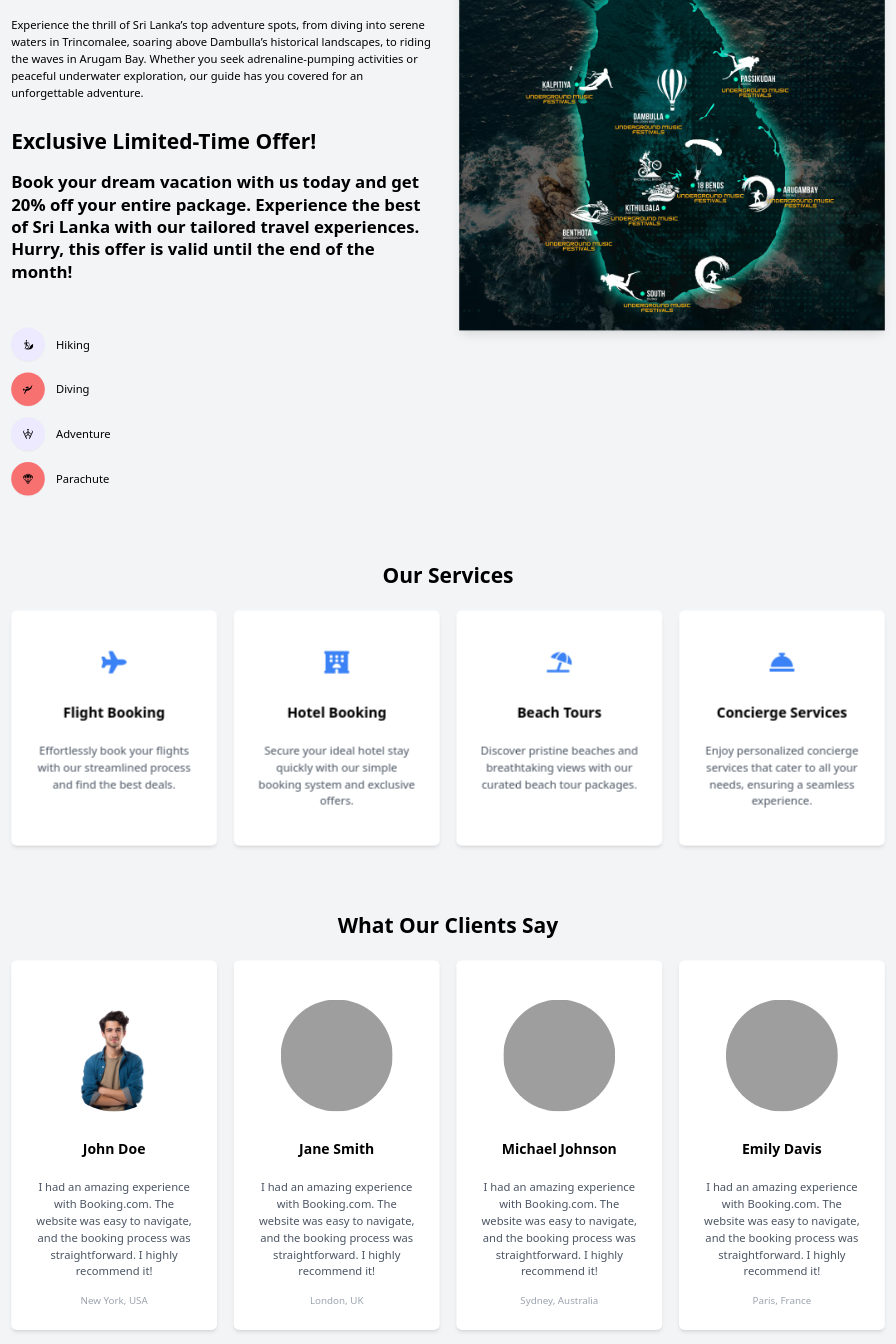
Repository: thisara199/Travel-Agency-Website
Page: /
These files come from the project's save history. The page is drawn as it stood at one moment and after the next save; the edit follows.
The browser window is 1280 px wide. The pictures show the part of the page from y = 1500 to 3420 px (the page is 3749 px tall before and 3809 px after), at 70% of full size.
Pictures or frames that could not be fetched are drawn as grey boxes. The project was rebuilt for these pictures with package versions that can differ from the ones it lists, and the page was loaded fresh each time. Also part of the build but not shown: vite.config.js, src/pages/About.jsx.

Above is the page before, as saved 2024-09-04 08:12:45.

After the next save:
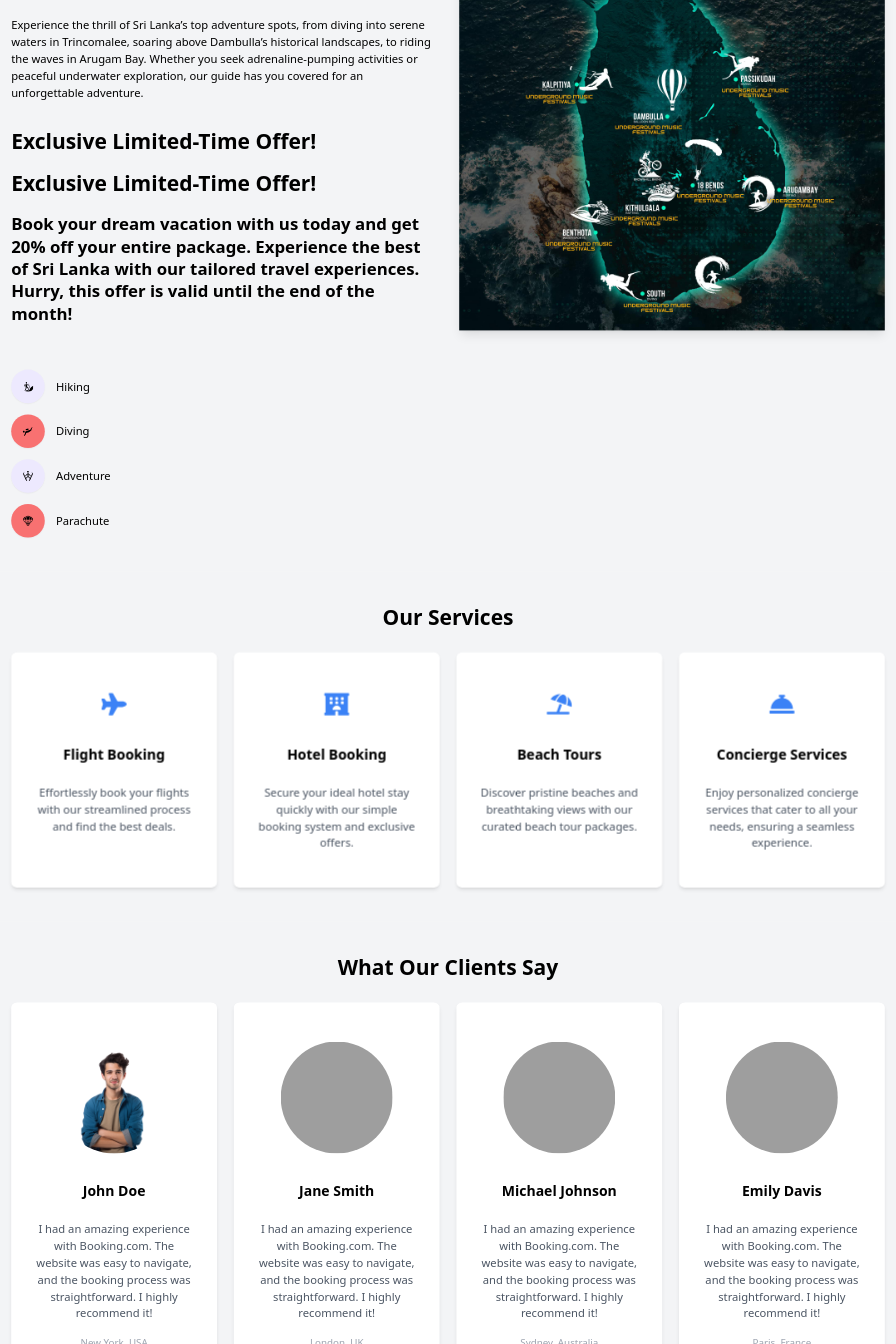
Saved 22 s later.
--- a/src/components/Banner/Banner.jsx
+++ b/src/components/Banner/Banner.jsx
@@ -14,7 +14,8 @@
            <h2 data-aos="fade-up" className='mt-0 text-xl font-semibold lg:mt-10'>Sri Lanka`s Ultimate Adventure Playground</h2>
            <p data-aos="fade-up" className='mt-0 lg:mt-10'>Experience the thrill of Sri Lanka’s top adventure spots, from diving into serene waters in Trincomalee, soaring above Dambulla’s historical landscapes, to riding the waves in Arugam Bay. Whether you seek adrenaline-pumping activities or peaceful underwater exploration, our guide has you covered for an unforgettable adventure.</p>
            <div className='flex flex-col justify-center gap-6 mt-0 sm:pt-0 lg:mt-10'>
-            <h1 className='text-3xl font-bold'>Exclusive Limited-Time Offer!</h1>
+            <h1 data-aos="fade-up" className='text-3xl font-bold'>Exclusive Limited-Time Offer!</h1>
+            <h1 data-aos="fade-up" className='text-3xl font-bold'>Exclusive Limited-Time Offer!</h1>
             <p data-aos="fade-up" className='mb-0 text-xl font-semibold sm:text-2xl lg:mb-10'>Book your dream vacation with us today and get 20% off your entire package. Experience the best of Sri Lanka with our tailored travel experiences. Hurry, this offer is valid until the end of the month!</p>
             <div className='flex flex-col gap-4'>
               <div data-aos="fade-up" className='flex items-center gap-4'>

After the save that followed:
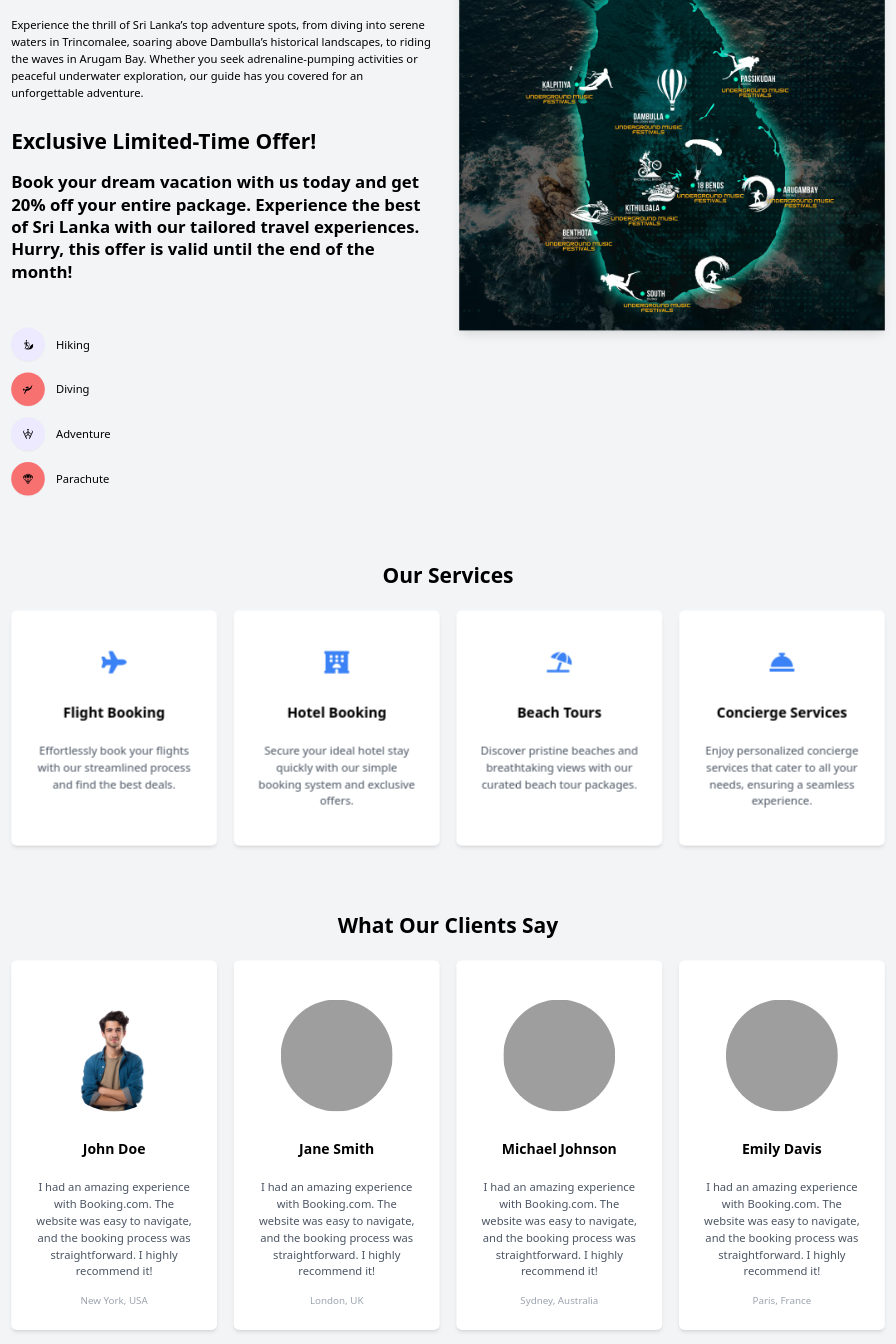
Saved 10 s later.
--- a/src/components/Banner/Banner.jsx
+++ b/src/components/Banner/Banner.jsx
@@ -14,7 +14,6 @@
            <h2 data-aos="fade-up" className='mt-0 text-xl font-semibold lg:mt-10'>Sri Lanka`s Ultimate Adventure Playground</h2>
            <p data-aos="fade-up" className='mt-0 lg:mt-10'>Experience the thrill of Sri Lanka’s top adventure spots, from diving into serene waters in Trincomalee, soaring above Dambulla’s historical landscapes, to riding the waves in Arugam Bay. Whether you seek adrenaline-pumping activities or peaceful underwater exploration, our guide has you covered for an unforgettable adventure.</p>
            <div className='flex flex-col justify-center gap-6 mt-0 sm:pt-0 lg:mt-10'>
-            <h1 data-aos="fade-up" className='text-3xl font-bold'>Exclusive Limited-Time Offer!</h1>
             <h1 data-aos="fade-up" className='text-3xl font-bold'>Exclusive Limited-Time Offer!</h1>
             <p data-aos="fade-up" className='mb-0 text-xl font-semibold sm:text-2xl lg:mb-10'>Book your dream vacation with us today and get 20% off your entire package. Experience the best of Sri Lanka with our tailored travel experiences. Hurry, this offer is valid until the end of the month!</p>
             <div className='flex flex-col gap-4'>
